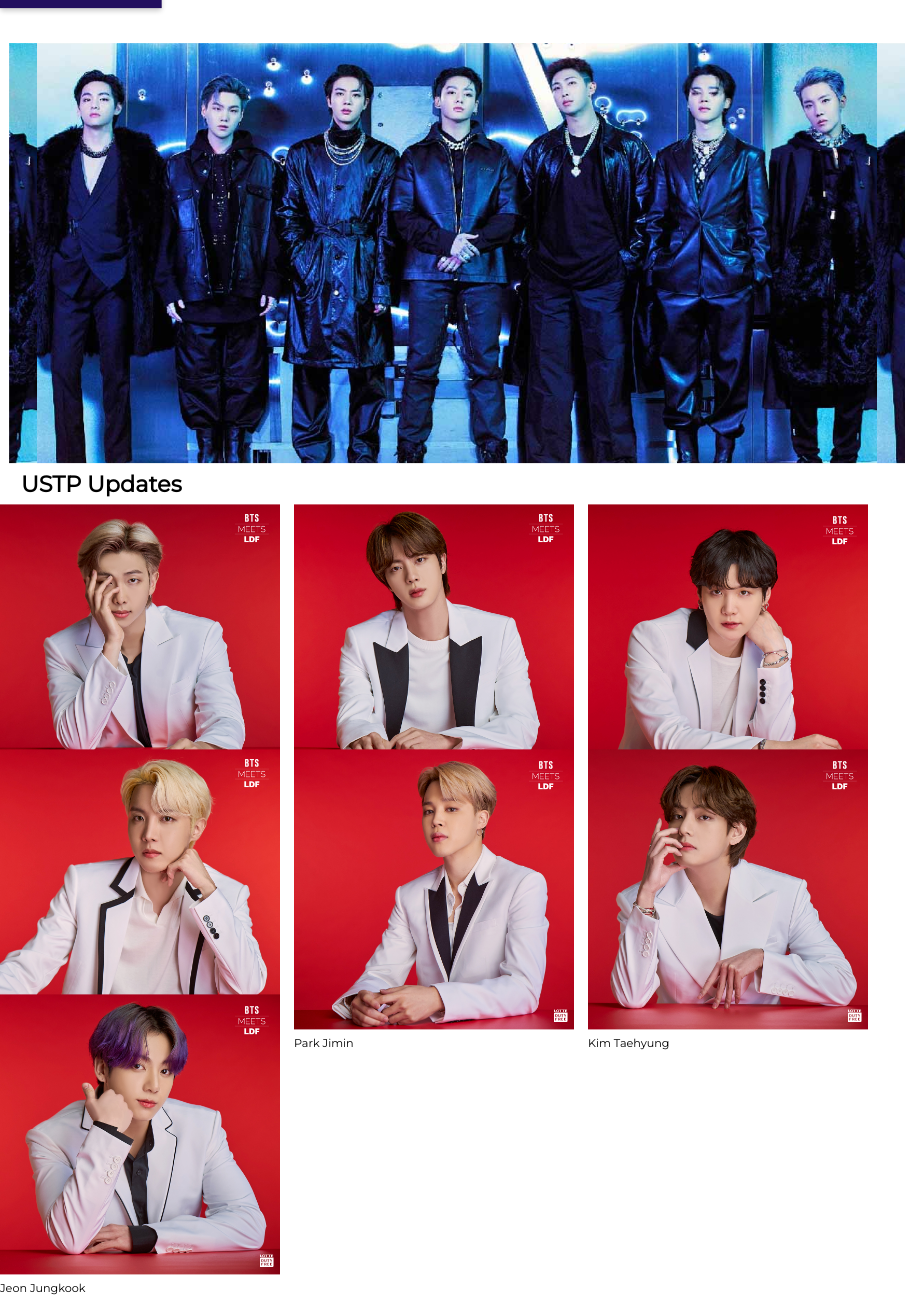
Repository: Joy5345/Colis-MidTerm_PIT
Page: index.html
These files come from the project's save history. The page is drawn as it stood at one moment and after the next save; the edit follows.
The browser window is 1280 px wide. The page is 1293 px wide, so the pictures cover 1293 px, including what lies to the right of the window. The pictures show the part of the page from y = 891 to 2771 px (the page is 2741 px tall before and 2771 px after), at 70% of full size.

Above is the page before, as saved 2023-07-29 19:45:11.

### index.html
<!DOCTYPE html>
<html lang="en">
<head>
    <meta charset="UTF-8">
    <meta name="viewport" content="width=device-width, initial-scale=1.0">
    <link rel="stylesheet" href="css/style.css">
    <link rel="stylesheet" href="https://cdnjs.cloudflare.com/ajax/libs/font-awesome/6.4.0/css/all.min.css" integrity="sha512-iecdLmaskl7CVkqkXNQ/ZH/XLlvWZOJyj7Yy7tcenmpD1ypASozpmT/E0iPtmFIB46ZmdtAc9eNBvH0H/ZpiBw==" crossorigin="anonymous" referrerpolicy="no-referrer" />
    <link rel="preconnect" href="https://fonts.googleapis.com">
    <link rel="preconnect" href="https://fonts.gstatic.com" crossorigin>
    <link href="https://fonts.googleapis.com/css2?family=Montserrat:wght@100;200;300;400&display=swap" rel="stylesheet">
    <title>USTP</title>

</head>
<body>
    <div class="main1">
        <div class="nav-menu1">
            <nav>
                <ul>
                    <li><a href="#"><i class="fa-solid fa-arrow-up-right-from-square"></i>Career Center</a></li>
                    <li><a href="#"><i class="fa-solid fa-arrow-up-right-from-square"></i>Student Affairs</a></li>
                    <li><a href="#"><i class="fa-solid fa-arrow-up-right-from-square"></i>Alumni Affairs</a></li>
                    <li><a href="#"><i class="fa-solid fa-arrow-up-right-from-square"></i>Employees</a></li>
                    <li><a href="#"><i class="fa-solid fa-ear-listen"></i>COVID-19 Response</a></li>
                </ul>
            </nav>

            <div class="nav-icon">
                <a href="#"><i class="fa-solid fa-magnifying-glass"></i></a>
                <a href="#"><i class="fa-brands fa-twitter"></i></a>
                <a href="#"><i class="fa-brands fa-instagram"></i></a>
                <a href="#"><i class="fa-brands fa-youtube"></i></a>
                <a href="#"><i class="fa-brands fa-facebook-f"></i></a>
            </div>
        </div>
    </div>

    <div class="nav-menu2">
        <div class="container1">
            <nav>
                <div class="logo1">
                    <img src="images/USTP logo.png" alt="USTP" class="Univ">
                </div>
            </nav>


            <div class="nav-services">
                    <ul>
                        <li><a href="#">About <i class="fa-solid fa-angle-down"></i></a></li>
                        <li><a href="#">Academics <i class="fa-solid fa-angle-down"></i></a></li>
                        <li><a href="#">Research, Innovation & Entrepreneurship <i class="fa-solid fa-angle-down"></i></a></li>
                        <li><a href="#">Global <i class="fa-solid fa-angle-down"></i></a></li>
                        <li><a href="#">Updates <i class="fa-solid fa-angle-down"></i></a></li>
                        <li><a href="#">Services <i class="fa-solid fa-angle-down"></i></a></li>
                    </ul>
            </div>

        </div>
    </div>

    <div class="wallpaper1"></div>

    <div class="logos">
        <div class="container2">
            <img src="images/logo1.png" alt="Logo 1">
            <img src="images/logo2.png" alt="Logo 2">
            <img src="images/logo3.png" alt="Logo 3">
            <img src="images/logo4.png" alt="Logo 4">
            <img src="images/logo5.png" alt="Logo 5">
            <img src="images/logo6.png" alt="Logo 6">
        </div>
    </div>

    <div class="about-ustp-header">
        <nav class="about-ustp">
            <a href="#">ABOUT USTP</a>
        </nav>
    </div>

        <div>
            <div class="info">
                <p>Lorem ipsum dolor sit, amet consectetur adipisicing elit. Mollitia esse quisquam, velit laboriosam unde nostrum, vel beatae voluptate tempora commodi culpa consequatur perferendis corporis officia dignissimos eveniet assumenda consequuntur natus perspiciatis rem aspernatur recusandae. Laborum aspernatur quo sequi molestiae provident, amet reprehenderit, modi quaerat ut cum temporibus accusantium eveniet tenetur.</p> <br>

                <p>Lorem ipsum dolor sit amet consectetur adipisicing elit. Temporibus quos harum officiis quae incidunt nam vero consectetur similique cumque quisquam. Doloribus exercitationem perspiciatis sed obcaecati voluptas eum quam delectus temporibus veritatis, recusandae laboriosam minus quos ad sint quaerat corporis omnis voluptatem eveniet sit aperiam cupiditate. Dolor minus temporibus voluptatum tempora!</p>
            </div>
        </div>
    </div>

    <div class="learn-more">
        <div class="learn-more-btn">
            <a href="#" class="learn-more-link">Learn more about USTP</a>
        </div>
    </div>

    <div class="wallpaper2"></div>

    <h1>USTP Updates</h1>

    <div class="container4">
        <div class="card">
            <img src="images/kim namjoon.jpg" alt="card1">
            <div class="w3-container w3-center">
              <p>Kim Namjoon</p>
            </div>
        </div>

        <div class="card">
            <img src="images/kim seokjin.jpg" alt="card2">
            <div class="w3-container w3-center">
              <p>Kim Seokjin</p>
            </div>
        </div>

        <div class="card">
            <img src="images/min yoongi.jpg" alt="card3">
            <div class="w3-container w3-center">
              <p>Min Yoongi</p>
            </div>
        </div>

        <div class="card">
            <img src="images/jung hoseok.jpg" alt="card4">
            <div class="w3-container w3-center">
              <p>Jung Hoseok</p>
            </div>
        </div>

        <div class="card">
            <img src="images/park jimin.jpg" alt="card5">
            <div class="w3-container w3-center">
              <p>Park Jimin</p>
            </div>
        </div>

        <div class="card">
            <img src="images/kim taehyung.jpg" alt="card6">
            <div class="w3-container w3-center">
              <p>Kim Taehyung</p>
            </div>
        </div>

        <div class="card">
            <img src="images/jeon jungkook.jpg" alt="card7">
            <div class="w3-container w3-center">
              <p>Jeon Jungkook</p>
            </div>
        </div>
    </div>


</body>
</html>

### css/style.css
*{
    font-family: Montserrat;
    box-sizing: border-box;
    margin: 0 0;
}
.main1{
    display: flex;
    background-color: rgb(17, 17, 56);
    color: aliceblue;
    width: 100%;
    justify-content: center;
    padding-top: 10px;
    padding-bottom: 10px;

}
.nav-menu1{
    width: 80%;
    background-color: rgb(17, 17, 56);
    display: flex;
    align-items: center;
    justify-content: space-between;
}
nav ul{
    list-style: none;
}
nav ul li{
   display: inline-flex;
   list-style: none;
}
nav ul li a{
    margin-right: 10px;
    color: aliceblue;
    font-size: .8rem;
    text-decoration: none;
}
nav ul li a i{
    margin-right: 10px;
}
.fa-solid{
    margin-left: 5px;
}
.nav-icon i{
    margin-left: 20px;
    color: aliceblue;
}
.fa-magnifying-glass{
    color: aliceblue;
    font-size: 1rem;
    font-weight: bolder;
}
.nav ul li a:hover{
    color:gold;
}
.nav-icon i:hover{
    color: gold;
}

.nav-menu2{
    background-color: #fff;
    padding: 5px;
    display: flex;
    align-items: center;
    justify-content: space-between;
}

.container1 {
    display: flex;
    align-items: center;
}

.Univ{
    width: 350px;
    margin-right: 10px;
}

.nav-services ul{
    display: flex;
    margin-left: auto;
    align-items:end;
    text-decoration: none;
}

.nav-services > ul li{
    display: inline-flex;
    margin-left: 20px;
    list-style: none;
}

.nav-services > ul li a{
    text-decoration: none;
    color:black;
    font-weight: bold;
    font-size: small;
    margin-left: 10px;
}

.nav-services > ul li a i{
    margin-left: 10px;
}

.nav-services > ul li a:hover{
    color: gray;
}

.wallpaper1{
    height: 350px;
    width: 100%;
    margin-left: 1%;
    background-image: url("../images/bts1.jpg");
    border-top-left-radius: 50px;
    border-bottom-right-radius: 50px;
    background-position: center center;
}

.logos{
    background-color: #f0f0f0;
    padding: 20px 0;
    text-align: center;
}

.container2{
    display: flex;
    justify-content: center;
}

.container2 img {
    max-width: 70px;
    margin: 0 15px;
}

.about-ustp-header{
    background-color: #220e5f;
    padding: 20px 20px 20px 20px;
    justify-content: flex-end;
    border-radius: 10px;
}

.about-ustp{
    text-transform: uppercase;
    text-align: right;
}

.about-ustp a {
    color: #fff;
    text-decoration: none;
    margin-left: auto;
}

.info {
    padding: 40px 20px;
    background-color: #fff;
    text-align: justify;
}

.info-content {
    max-width: 500px;
    margin: 0 auto;
}


.info-content p {
    font-size: 16px;
    margin-bottom: 100px;
}

.learn-more-btn {
    text-align: right;
    margin-bottom: 50px;
    background-color: #220e5f;
    position: right;
    align-items: flex-end;
    width: fit-content;
}

.learn-more-link {
    display: inline-block;
    padding: 10px 20px;
    background-color: var(--primary-color);
    color: goldenrod;
    text-decoration: none;
    border-radius: 5px;
    font-size: 16px;
    box-shadow: 0 4px 8px rgba(0, 0, 0, 0.2);
    transition: background-color 0.2s ease;
}

.learn-more-link:hover {
    text-decoration-color: #220e5f;
    background-color: goldenrod;
}

.wallpaper2{
    height: 600px;
    width: 100%;
    margin-left: 1%;
    background-image: url("../images/bts3.jpg");
    background-position: center center;
}

h1{
    padding: 10px;
    padding-left: 30px;
}

.container4 {
    display: flex;
    height: 100vh;
    width: 100vw;
    gap: 20px;
    flex-wrap: wrap;
  }

  @media screen and (max-width: 1600px) {
    .card {
      width: 300px;
    }
  }

  @media screen and (max-width: 800px) {
    .card {
      width: 500px;
    }
    .card-continer {
      justify-content: center;
    }
  }

  .card{
    height: 330px;
    width: 400px;
    display: flex;
    flex-direction: column;
    gap: 10px;
    padding-bottom: 50px;
    transition: ease-in-out 600ms;


}

After the next save:
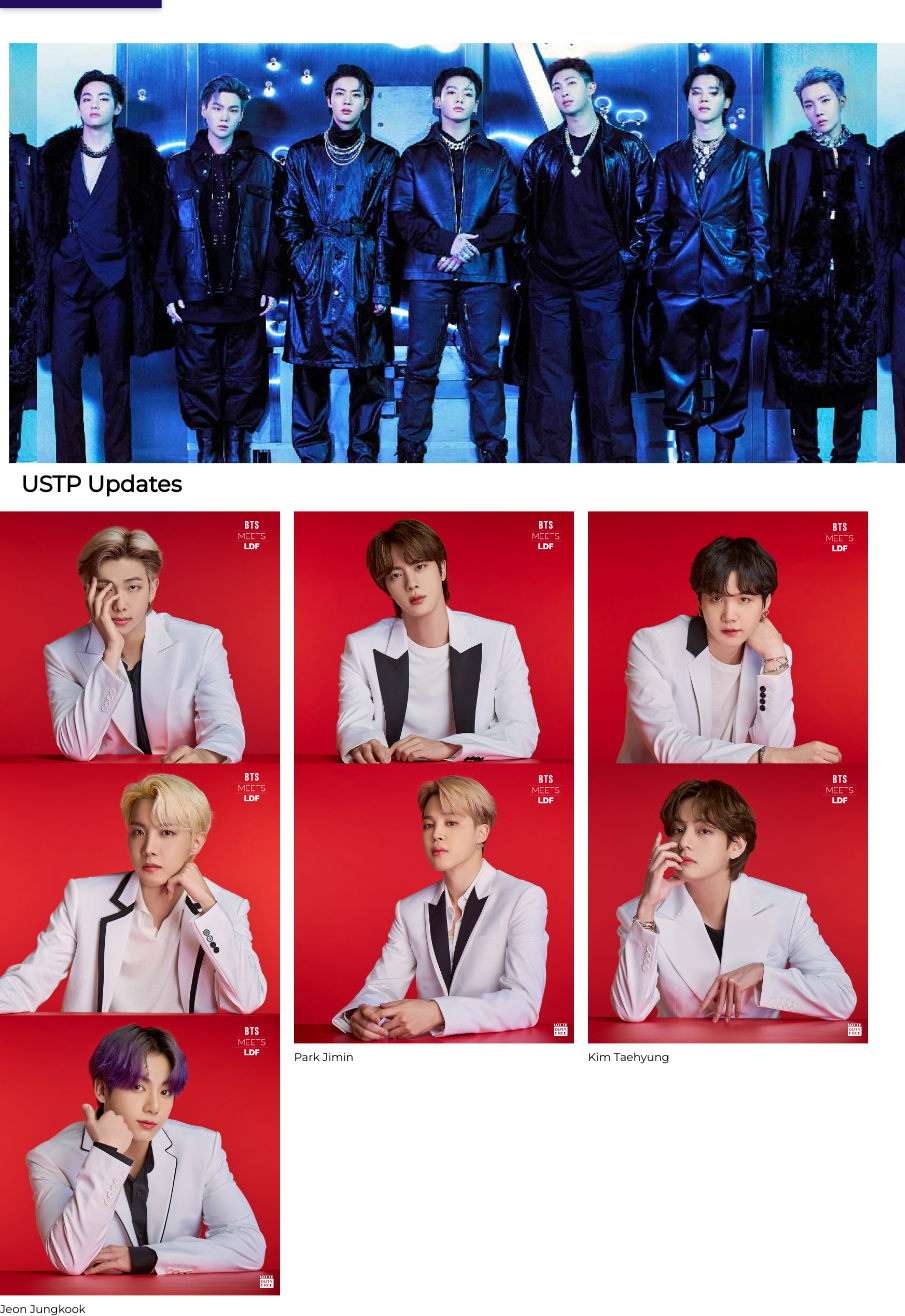
Saved 3 min 17 s later.
--- a/css/style.css
+++ b/css/style.css
@@ -231,7 +231,7 @@
     display: flex;
     flex-direction: column;
     gap: 10px;
-    padding-bottom: 50px;
+    margin-top: 10px;
     transition: ease-in-out 600ms;
 
 
